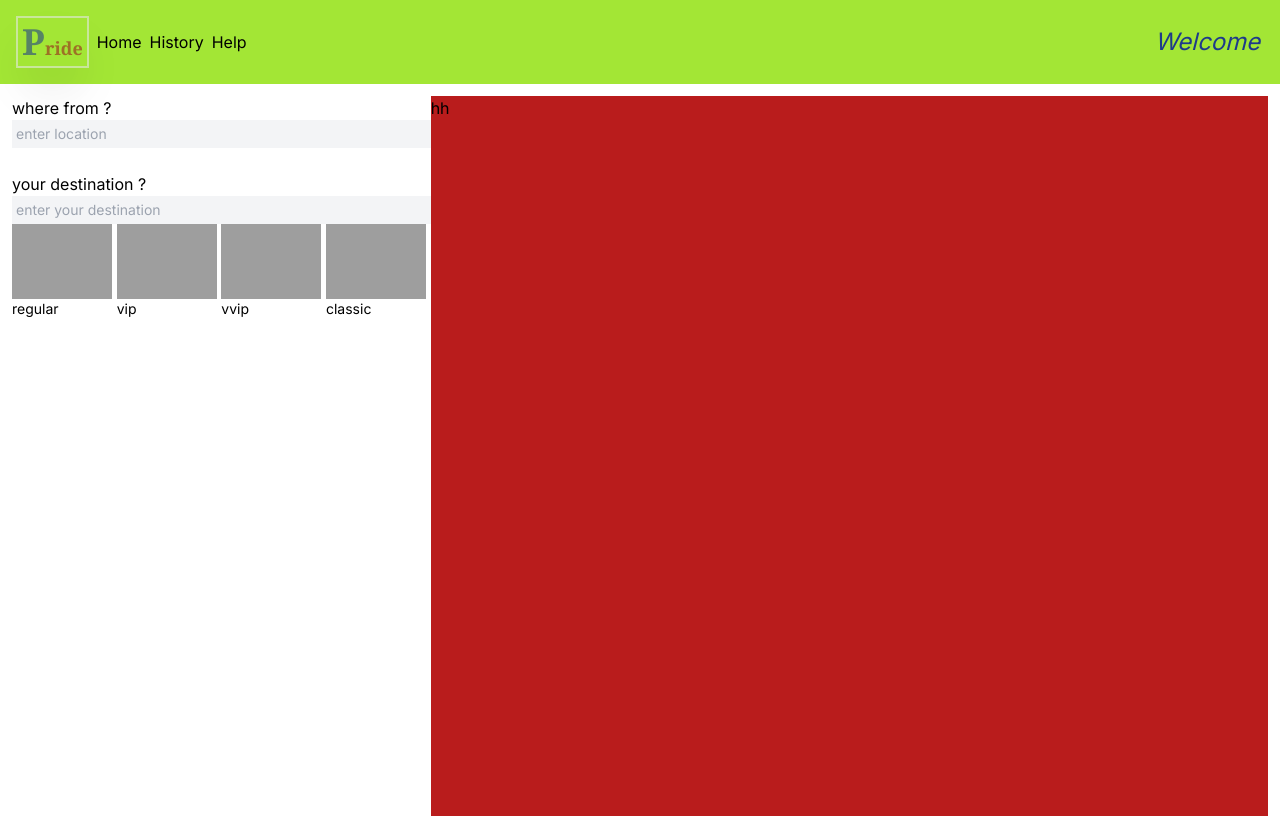
Repository: Semanmernstack/uber-mapbox
Page: /
These files come from the project's save history. The page is drawn as it stood at one moment and after the next save; the edit follows.
The browser window is 1280 px wide. The pictures show the whole page.
Pictures or frames that could not be fetched are drawn as grey boxes. The page's requests for data from a server got no answer. The project was rebuilt for these pictures with package versions that can differ from the ones it lists, and the page was loaded fresh each time. Some packages were replaced by stand-ins written for this rebuild. The framework's server and built-in components were replaced by stand-ins that run in the browser. No one was signed in, and anything a server would have sent is missing. Also part of the build but not shown: next.config.js.

Above is the page before, as saved 2023-08-16 07:11:33.

### app/layout.tsx
import './globals.css'
import type { Metadata } from 'next'
import { Inter } from 'next/font/google'
import Nav from './components/Nav'
import { ClerkProvider } from '@clerk/nextjs'

const inter = Inter({ subsets: ['latin'] })

export const metadata: Metadata = {
  title: 'Create Next App',
  description: 'Generated by create next app',
}

export default function RootLayout({
  children,
}: {
  children: React.ReactNode
}) {
  return (
    <ClerkProvider>
      <html lang="en">
        <body className={inter.className}> <Nav/>  {children}</body>
      </html>
    </ClerkProvider>
  )
}

### app/page.tsx
import Image from 'next/image'
import Booking from './components/Booking'
import Mapp from './components/Mapp'
import Cars from './components/Cars'

export default function Home() {
  return (
    <main className="p-3 gap  ">
      <div className="grid grid-cols-1 md:grid-cols-3   ">
        <div className=" h-[80%]">
          <Booking/>
          <Cars/>

        </div>
        <div className=" bg-red-700 col-span-2 h-screen">
          <Mapp/>
        </div>
      </div>
    </main>
  )
}

### app/components/Nav.tsx
import { UserButton, currentUser } from '@clerk/nextjs'
import React from 'react'

async function Nav() {
    const user = await currentUser()
  return (
    <div className="flex items-center justify-between p-4 bg-lime-400">
        <div className="flex items-center gap-2">

            <h1 className="font-extrabold shadow-2xl border-gray-200 border-2 p-1 font-serif text-2xl md:text-3xl lg:text-4xl animate-pulse text-blue-900">P<span className="text-lg animate-none font-bold text-red-800">ride</span></h1>
            <h2>Home</h2>
            <h2>History</h2>
            <h2>Help</h2>

        </div>
        <div className="flex gap-1 items-center">
            <h1 className="text-2xl text-blue-900 italic">Welcome</h1>
            <h1 className='hidden md:inline-flex'>{user?.firstName}</h1>
            <UserButton/>
        </div>
    </div>
  )
}

export default Nav

### app/components/Booking.tsx
import React from 'react'
import BookingInput from './BookingInput'

function Booking() {
  return (
    <div className="">
        <BookingInput/>

    </div>
  )
}

export default Booking

### app/components/Mapp.tsx
"use client"


import React from 'react'
import Map from 'react-map-gl';
function Mapp() {
  return (
    <div>
      <h1>hh</h1>



    </div>
  )
}

export default Mapp

### app/components/Cars.tsx
import React from 'react'
import CarsLi from './CarsLi'
import Image from 'next/image'

function Cars() {
    const data = [
        {
          id: 1,

          value: "regular",
          pics: "https://cdn.pixabay.com/photo/2016/04/01/12/16/car-1300629_1280.png",
        },

        {
          id: 2,

          value: "vip",
          pics: "https://cdn.pixabay.com/photo/2017/03/27/14/56/auto-2179220_640.jpg",
        },

        {
          id: 3,

          value: "vvip",
          pics: "https://cdn.pixabay.com/photo/2014/09/07/22/34/car-race-438467_640.jpg",
        },

        {
          id: 4,
          value: "classic",
          pics: "https://cdn.pixabay.com/photo/2013/07/13/11/44/car-158548_640.png",
        },
      ]

  return (
    <div className="grid grid-cols-1 md:grid-cols-2 lg:grid-cols-3 xl:grid-cols-4">
        {data?.map((d, index) => (
            <div key={index}>
                <Image
                    src={d.pics}
                    alt="pic"
                    height={100}
                    width={100}
                    className="object-contain "
                />
                <h2 className='text-sm'>{d.value}</h2>





            </div>


        ))}

    </div>
  )
}

export default Cars

### app/components/BookingInput.tsx
"use client"

import React, { useEffect, useState } from 'react'

function BookingInput() {
    const [where, setWhere] = useState<any>()
    const [to, setTo] = useState<any>()
    const [lists, setLists] = useState<any>([])

    useEffect(() => {
        getAdress()

    }, [where, to])

    const getAdress = async () => {
        setLists([])
        const res = await fetch('api/search-map?q='+where, {
            headers:{
                "Content-Type": "application/json",
            }

        })
        const re = await res.json()
        setLists(re)

    }
  return (
    <div className="flex flex-col gap-6 relative">
        <div>
            <label> where from ?</label>
            <input type="text" placeholder='enter location'
                value={where}
                onChange={(e) => setWhere(e.target.value)}
                className="border-1 w-full text-sm outline-none bg-gray-100 focus:border-gray-700 p-1"
            />
            {lists?.suggestions?
                <div >
                    {lists?.suggestions.map((item:any, index:number) => (
                        <h2 className='text-sm cursor-pointer gap-1 shadow-2xl' onClick={() =>{ setWhere(item.full_address), setLists([])}}
                         >{item.full_address}</h2>
                    ))}
                </div> : null

            }


        </div>

        <div>
            <label> your destination ?</label>

            <input type="text" placeholder='enter your destination'
                value={to}
                onChange={(e) => setTo(e.target.value)}
                className="border-1 w-full text-sm outline-none bg-gray-100 focus:border-gray-700 p-1"
            />
            {lists?.suggestions?
                <div >
                    {lists?.suggestions.map((item:any, index:number) => (
                        <h2 className='text-sm cursor-pointer shadow-2xl' onClick={() =>{ setTo(item.full_address), setLists([])}}
                         >{item.full_address}</h2>
                    ))}
                </div> : null

            }

        </div>
    </div>
  )
}

export default BookingInput

Loaded but not shown: app/globals.css (common file); tailwind.config.ts (common file)

After the next save:
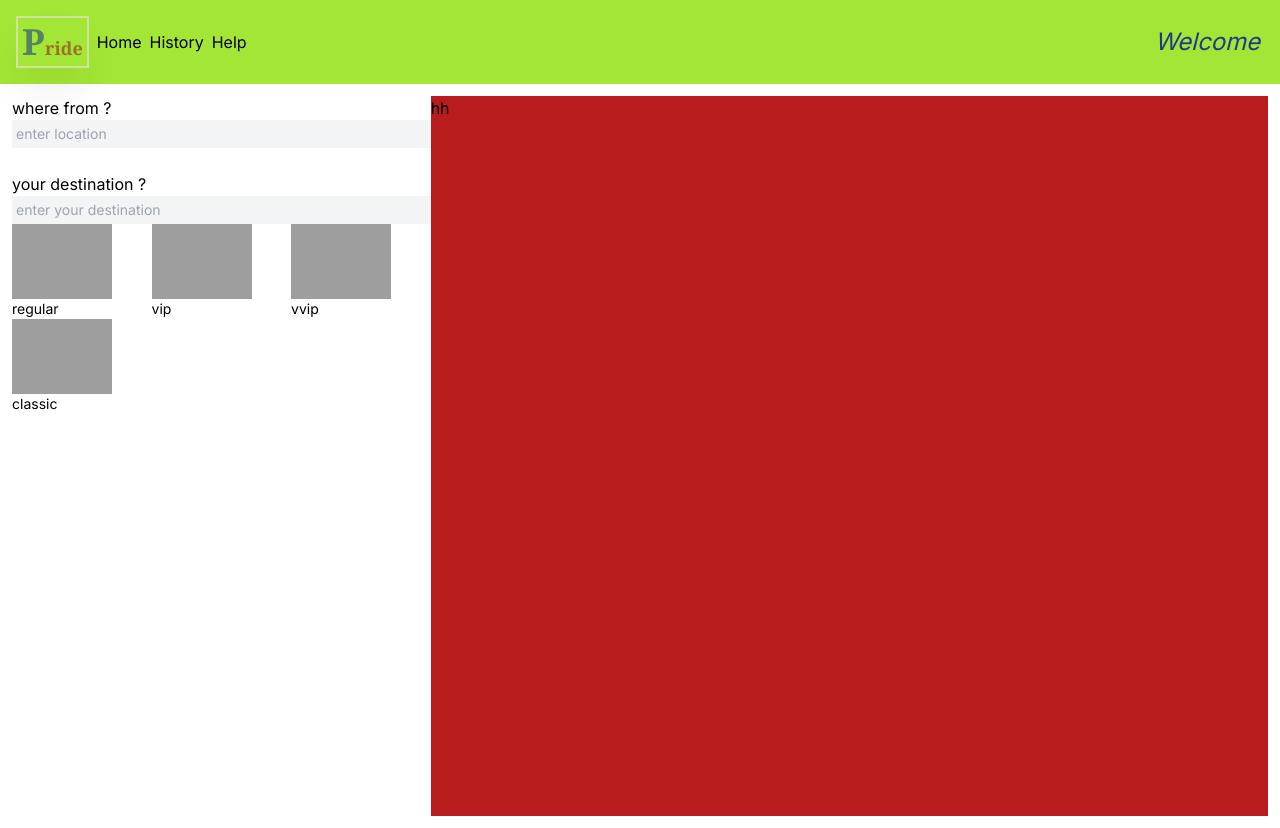
Saved 75 s later.
--- a/app/components/Cars.tsx
+++ b/app/components/Cars.tsx
@@ -33,7 +33,7 @@
       ]
 
   return (
-    <div className="grid grid-cols-1 md:grid-cols-2 lg:grid-cols-3 xl:grid-cols-4">
+    <div className="grid grid-cols-2 md:grid-cols-3 ">
         {data?.map((d, index) => (
             <div key={index}>
                 <Image
